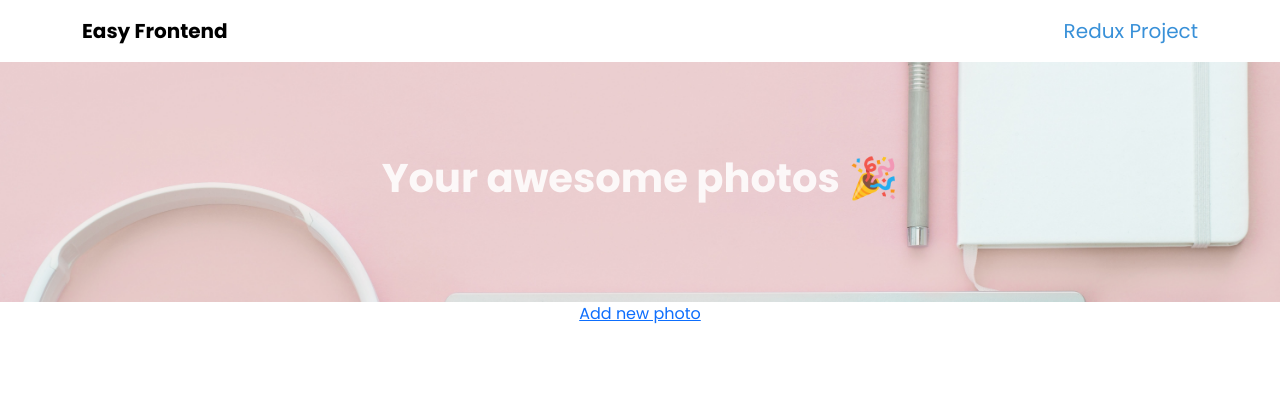
Repository: duckhai80/Redux-photo-app
Page: /
These files come from the project's save history. The page is drawn as it stood at one moment and after the next save; the edit follows.
The browser window is 1280 px wide. The pictures show the whole page.
The project was rebuilt for these pictures with package versions that can differ from the ones it lists, and the page was loaded fresh each time. Also part of the build but not shown: src/App.css, src/components/NotFound/index.jsx.

Above is the page before, as saved 2021-10-30 11:24:29.

### public/index.html
<!DOCTYPE html>
<html lang="en">
  <head>
    <meta charset="utf-8" />
    <link rel="icon" href="%PUBLIC_URL%/favicon.ico" />
    <meta name="viewport" content="width=device-width, initial-scale=1" />
    <meta name="theme-color" content="#000000" />
    <meta
      name="description"
      content="Web site created using create-react-app"
    />
    <link rel="apple-touch-icon" href="%PUBLIC_URL%/logo192.png" />

    <link rel="manifest" href="%PUBLIC_URL%/manifest.json" />

    <title>React App</title>
    <link
      href="https://fonts.googleapis.com/css2?family=Poppins:ital,wght@0,400;0,700;1,400;1,700&display=swap"
      rel="stylesheet"
    />
  </head>
  <body>
    <noscript>You need to enable JavaScript to run this app.</noscript>
    <div id="root"></div>
  </body>
</html>

### src/index.js
import store from "app/store";
import "bootstrap/dist/css/bootstrap.min.css";
import React from "react";
import ReactDOM from "react-dom";
import { Provider } from "react-redux";
import App from "./App";
import "./index.css";
import reportWebVitals from "./reportWebVitals";

ReactDOM.render(
  <React.StrictMode>
    <Provider store={store}>
      <App />
    </Provider>
  </React.StrictMode>,
  document.getElementById("root")
);

reportWebVitals();

### src/app/store.js
import { configureStore } from "@reduxjs/toolkit";
import photoReducer from "features/Photo/photoSlice";

const rootReducer = {
  photos: photoReducer,
};

const store = configureStore({
  reducer: rootReducer,
});

export default store;

### src/App.js
import React, { Suspense } from "react";
import { BrowserRouter, Redirect, Route, Switch } from "react-router-dom";
import "./App.css";
import Header from "./components/Header";
import NotFound from "./components/NotFound";

const Photo = React.lazy(() => import("./features/Photo/pages/Main"));
const AddEdit = React.lazy(() => import("./features/Photo/pages/AddEdit"));

function App() {
  return (
    <div className="photo-app">
      <Suspense fallback={<div>Loading ...</div>}>
        <BrowserRouter>
          <Header></Header>

          <Switch>
            <Redirect exact from="/" to="/photos" />

            <Route exact path="/photos" component={Photo} />
            <Route exact path="/photos/add" component={AddEdit} />
            <Route component={NotFound} />
          </Switch>

          {/* <ul>
            <li>
              <Link to="/photos">Go to photo page</Link>
            </li>
            <li>
              <Link to="/photos/add">Go to Add new photo page</Link>
            </li>
            <li>
              <Link to="/photos/123">Go to Edit photo page</Link>
            </li>
          </ul>
          <Header />
          <Switch>
            <Redirect exact from="/" to="/photos" />
          </Switch> */}
        </BrowserRouter>
      </Suspense>
    </div>
  );
}

export default App;

### src/index.css
body {
  margin: 0;
  font-family: "Poppins", -apple-system, BlinkMacSystemFont, "Segoe UI",
    "Roboto", "Oxygen", "Ubuntu", "Cantarell", "Fira Sans", "Droid Sans",
    "Helvetica Neue", sans-serif;
  -webkit-font-smoothing: antialiased;
  -moz-osx-font-smoothing: grayscale;
}

code {
  font-family: source-code-pro, Menlo, Monaco, Consolas, "Courier New",
    monospace;
}

### src/components/Header/index.jsx
import React from "react";
import { NavLink } from "react-router-dom";
import { Col, Container, Row } from "reactstrap";
import "./Header.scss";

Header.propTypes = {};

function Header() {
  return (
    <div>
      <header className="header">
        <Container>
          <Row className="justify-content-between">
            <Col xs="auto">
              <a
                className="header__link header__title"
                href="https://youtube.com/easyfrontend"
                target="_blank"
                rel="noopener noreferrer"
              >
                Easy Frontend
              </a>
            </Col>

            <Col xs="auto">
              <NavLink
                exact
                className="header__link"
                to="/photos"
                activeClassName="header__link--active"
              >
                Redux Project
              </NavLink>
            </Col>
          </Row>
        </Container>
      </header>
    </div>
  );
}

export default Header;

### src/features/Photo/pages/Main/index.jsx
import Banner from "components/Banner";
import Images from "constants/images";
import React from "react";
// import { Link } from "react-router-dom";
import { Container } from "reactstrap";
import { BrowserRouter, Route, Switch, Redirect, Link } from "react-router-dom";
import NotFound from "components/NotFound";
import { useSelector } from "react-redux";

const AddEdit = React.lazy(() => import("../AddEdit"));

MainPage.propTypes = {};

function MainPage(props) {
  const photos = useSelector((state) => state.photos);
  console.log("List of photos: ", photos);

  return (
    <div className="photo-main">
      <Banner title="Your awesome photos 🎉" backgroundUrl={Images.PINK_BG} />

      <Container className="text-center">
        <Link to="/photos/add">Add new photo</Link>
      </Container>
    </div>
  );
}

export default MainPage;

### src/components/Header/Header.scss
.header {
  padding: 1rem 0;
  font-size: 1.25rem;

  &__title {
    font-weight: bold;
  }

  &__link {
    color: #000;
    text-decoration: none;
    transition: all 0.25s ease-in-out 0s;

    &--active,
    &:hover {
      text-decoration: none;
      // color: var(--primary);
      color: rgb(56, 144, 216);
    }
  }
}

### src/components/Banner/index.jsx
import PropTypes from "prop-types";
import React from "react";
import "./Banner.scss";

Banner.propTypes = {
  title: PropTypes.string,
  backgroundUrl: PropTypes.string,
};

Banner.defaultProps = {
  title: "",
  backgroundUrl: "",
};

function Banner(props) {
  const { title, backgroundUrl } = props;

  const bannerStyle = backgroundUrl
    ? { backgroundImage: `url(${backgroundUrl})` }
    : {};

  return (
    <section className="banner" style={bannerStyle}>
      <h1 className="banner__title">{title}</h1>
    </section>
  );
}

export default Banner;

### src/constants/images.js
import blueBackground from "../assets/images/blue-bg.jpg";
import colorfulBackground from "../assets/images/colorful-bg.jpg";
import orangeBackground from "../assets/images/orange-bg.jpg";
import pinkBackground from "../assets/images/pink-bg.jpg";

const Images = {
  ORANGE_BG: orangeBackground,
  BLUE_BG: blueBackground,
  COLORFUL_BG: colorfulBackground,
  PINK_BG: pinkBackground,
};

export default Images;

### src/components/Banner/Banner.scss
.banner {
  display: flex;
  flex-flow: row wrap;
  justify-content: center;
  align-items: center;
  height: 15rem;

  background-image: url(../../assets/images/orange-bg.jpg);
  background-position: center;
  background-size: cover;

  &__title {
    color: rgba(255, 255, 255, 0.85);
    font-weight: bold;
  }
}

Loaded but not shown: src/reportWebVitals.js (common file); src/features/Photo/photoSlice.js (no copy from this time; the picture is the same without it)

After the next save:
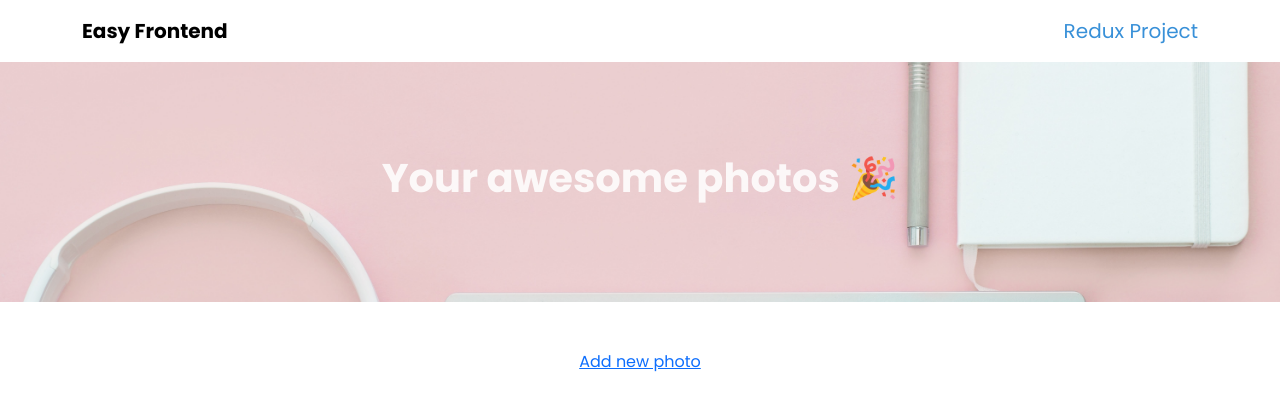
Saved 3 h 4 min later.
--- a/src/features/Photo/pages/Main/index.jsx
+++ b/src/features/Photo/pages/Main/index.jsx
@@ -20,7 +20,9 @@ function MainPage(props) {
       <Banner title="Your awesome photos 🎉" backgroundUrl={Images.PINK_BG} />
 
       <Container className="text-center">
-        <Link to="/photos/add">Add new photo</Link>
+        <div className="py-5">
+          <Link to="/photos/add">Add new photo</Link>
+        </div>
       </Container>
     </div>
   );
